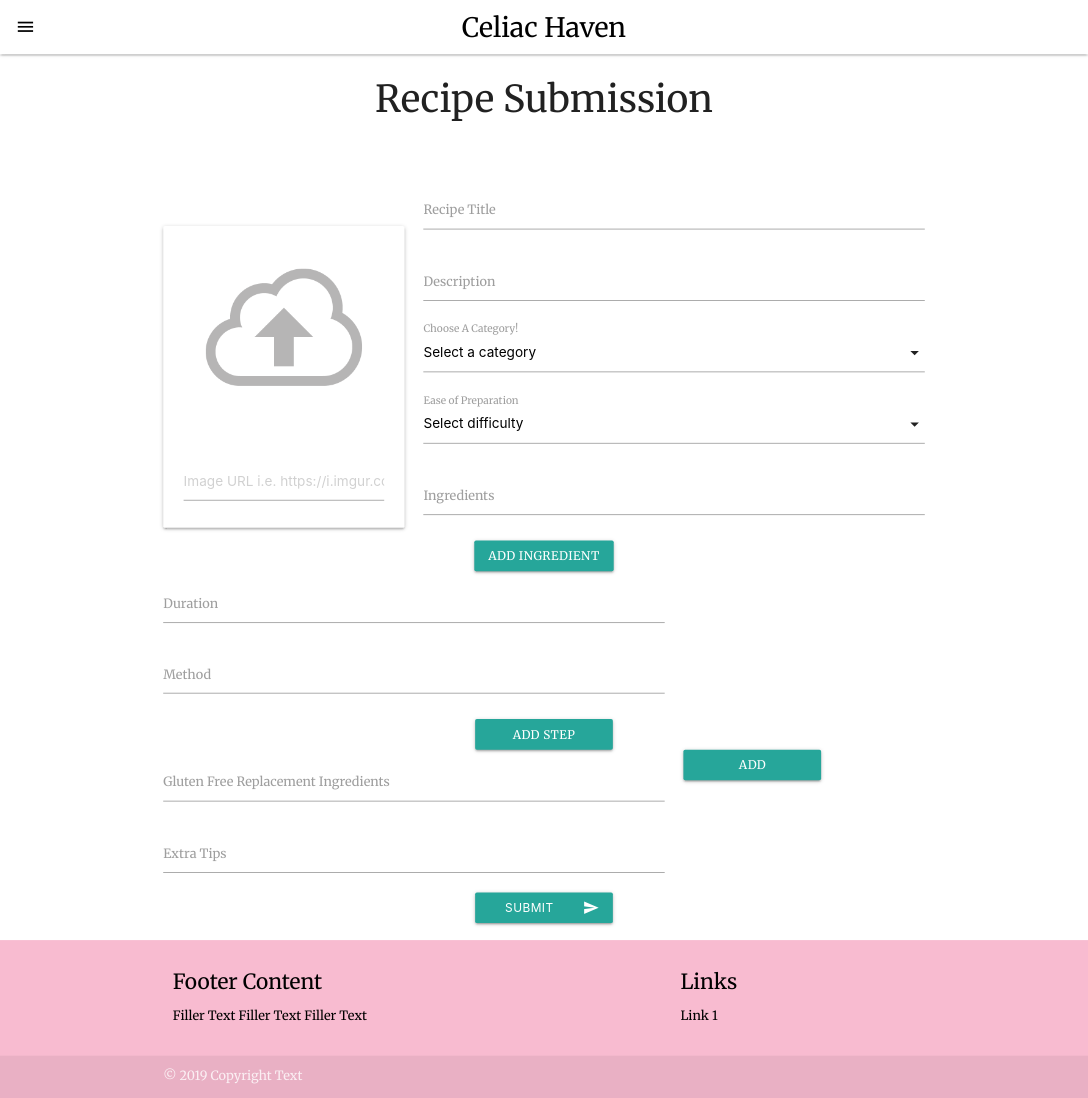
Repository: DanielJMaia/cookbook-project
Page: http://localhost/add_recipe
The author's editor kept a record of every edit. The page is drawn from the files as they stood at one moment, then again after the next edit.
The browser window is 1280 px wide. The pictures show the whole page, at 85% of full size.
Some web fonts or font styles are not loaded; a fallback is used. The page is served by the project's application, run on Flask 3 (app.py). Queries for data that is not in the repository find no rows.

Above is the page before.

After the next edit:
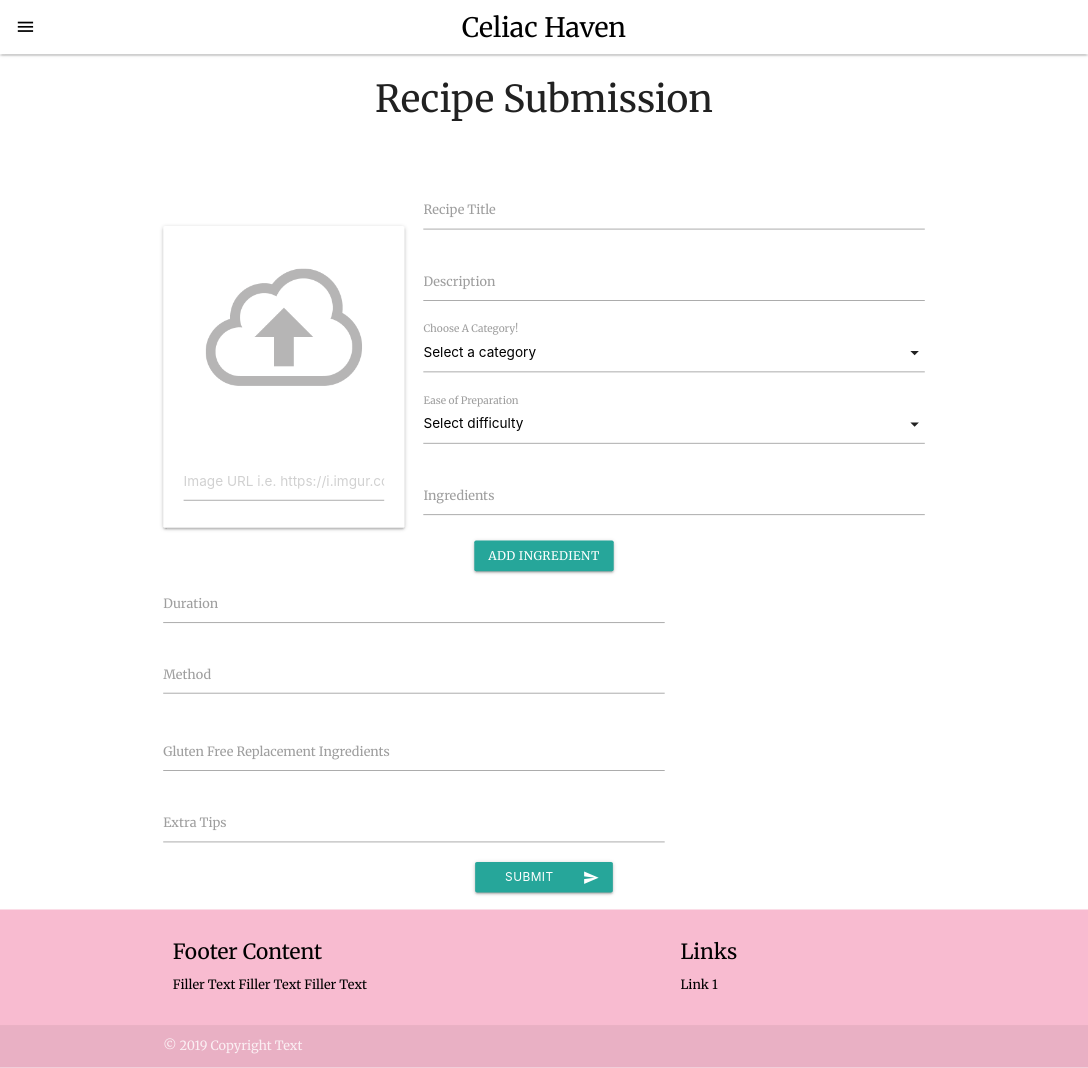
The edit:
--- a/templates/add_recipe.html
+++ b/templates/add_recipe.html
@@ -55,15 +55,9 @@
                 <textarea id="textarea1" class="materialize-textarea" name="method" required></textarea>
                 <label for="textarea1">Method</label>
             </div>
-            <div class="col s12 center-align">
-                <a class="waves-effect waves-light btn button_form_min_width">Add Step</a>
-            </div>
             <div class="input-field col s11 m8">
                 <input id="gf_ingredient" type="text" class="validate" name="gf_ingredient">
                 <label for="gf_ingredient">Gluten Free Replacement Ingredients</label>
-            </div>
-            <div class="col s2 center-align">
-                <a class="waves-effect waves-light btn button_form_min_width">Add Ingredient</a>
             </div>
             <div class="input-field col s11 m8">
                 <input id="tips" type="text" class="validate" name="tips">
